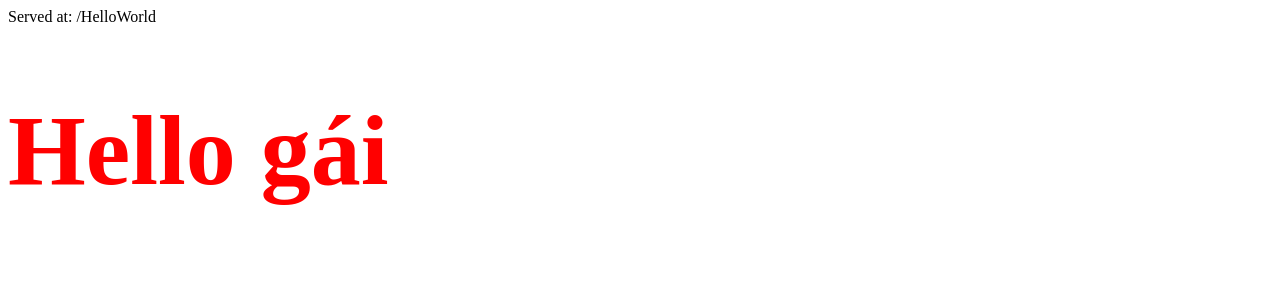
Repository: 1105trxc/LapTrinhWeb-2526
Page: http://localhost/HelloWorld/HelloController
The author's editor kept a copy of each file at every save. The page is drawn from the files as they stood at one save, then again after the next save.
The browser window is 1280 px wide. The pictures show the whole page.
The page is served by Tomcat 10.

Above is the page before, as saved 2025-08-20 06:26:01.

After the next save:
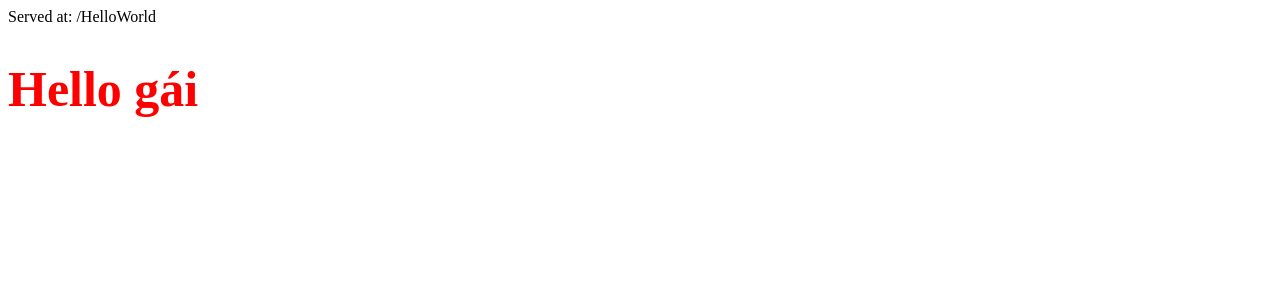
Saved 19 s later.
--- a/HelloWorld/src/main/java/minimal/controller/HelloController.java
+++ b/HelloWorld/src/main/java/minimal/controller/HelloController.java
@@ -40,7 +40,7 @@ public class HelloController extends HttpServlet {
 		response.setContentType("text/html");
 		// Actual logic goes here.
 		PrintWriter out = response.getWriter();
-		out.println("<h1 style ='color : red; font-size: 100px' >" + message + "</h1>");
+		out.println("<h1 style ='color : red; font-size: 50px' >" + message + "</h1>");
 
 	}
 
